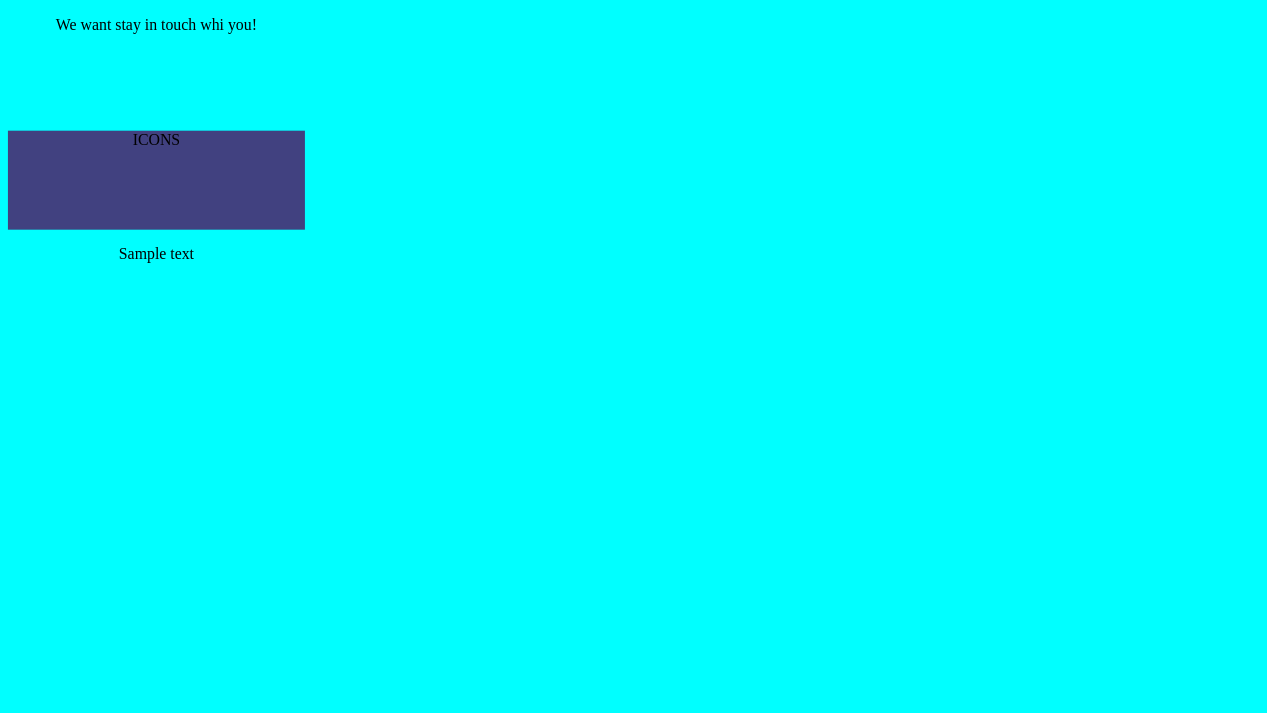
Repository: JhonMercedes/profile
Page: index.html
The author's editor kept a copy of each file at every save. The page is drawn from the files as they stood at one save, then again after the next save.
The browser window is 1280 px wide. The pictures show the whole page, at 99% of full size.

Above is the page before, as saved 2021-12-08 01:59:30.

After the next save:
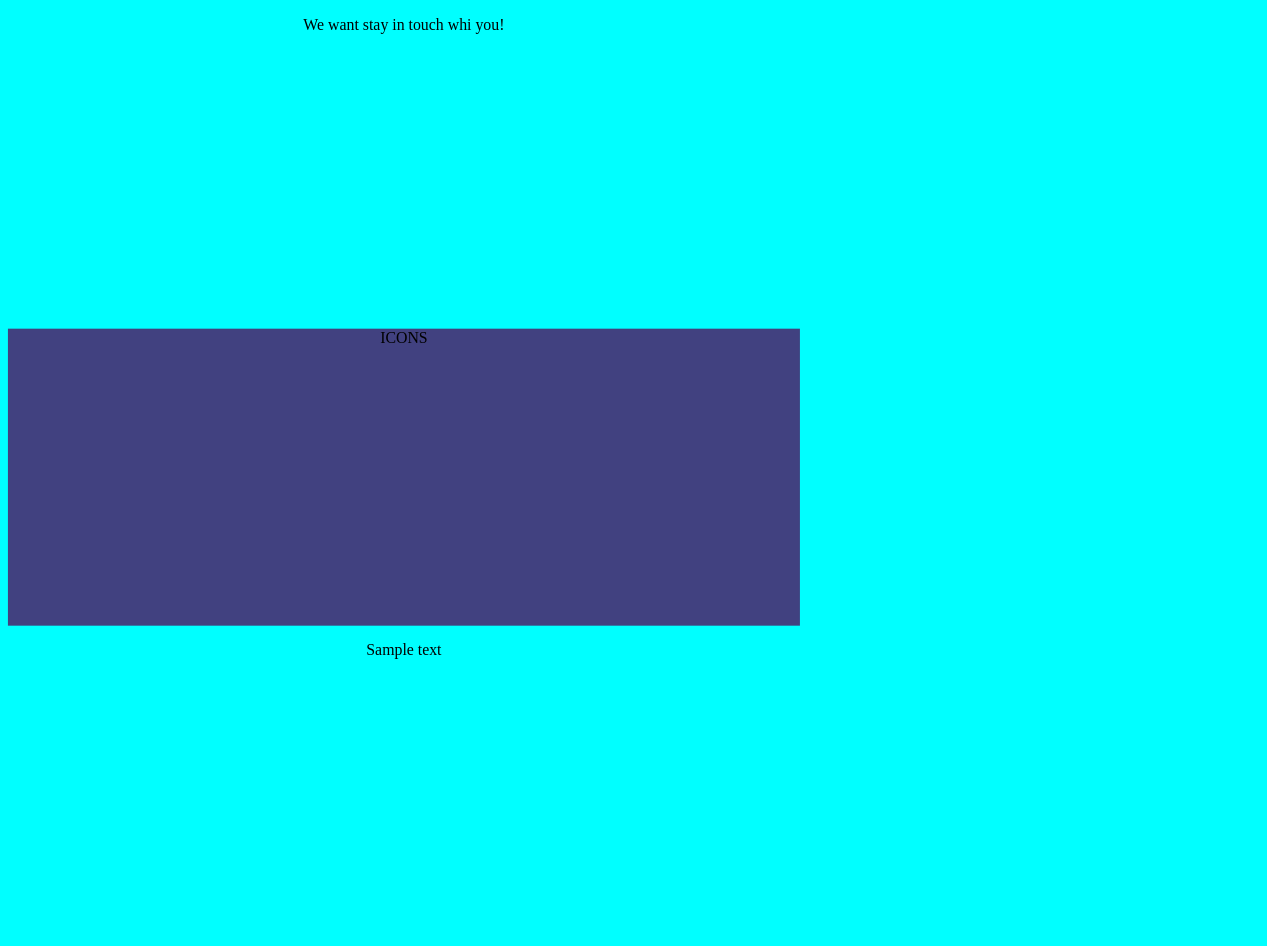
Saved 16 s later.
--- a/style.css
+++ b/style.css
@@ -4,8 +4,8 @@
 
 .container, .container2, .container3 {
     text-align: center;
-    width: 300px;
-    height: 100px;
+    width: 800px;
+    height: 300px;
 }
 
 .container2 {
